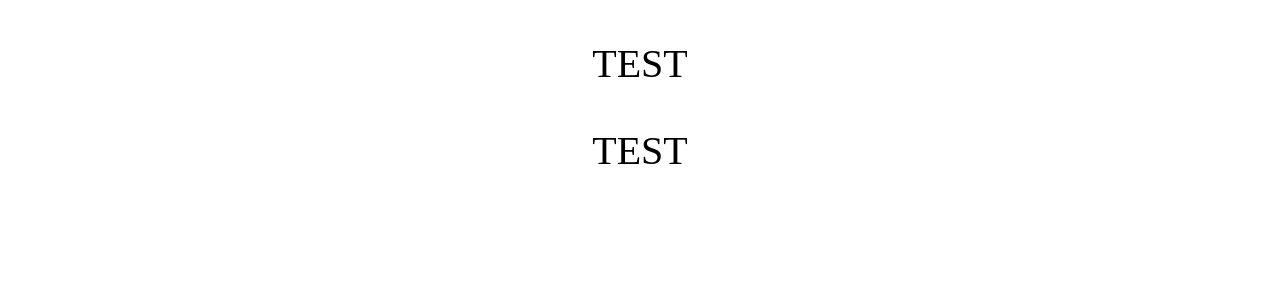
Repository: dreadlocker/testingOnPhones
Page: index.html
An editor plug-in stored every save of this project. The page is shown before and after a run of saves, followed by the edit.
The browser window is 1280 px wide. The pictures show the whole page.

Above is the page before, as saved 2018-06-04 12:51:17.

### index.html
<!DOCTYPE html>
<html lang="en">

<head>
    <meta charset="UTF-8">
    <meta name="HandheldFriendly" content="true">
    <meta http-equiv="X-UA-Compatible" content="ie=edge">
    <script src="https://ajax.googleapis.com/ajax/libs/jquery/3.3.1/jquery.min.js"></script>
    <title>Safari on iPhone X</title>

    <meta name="viewport" content="width=device-width, initial-scale=1.0, user-scalable=0">
    <!-- <meta name="viewport" content="width=device-width, initial-scale=1.0, maximum-scale=1.0, user-scalable=0" /> -->
    <!-- <meta name="viewport" content="width=640px, initial-scale=.5, maximum-scale=.5" /> -->
    <!-- <meta name="viewport" content="width=device-width, initial-scale=1.0, maximum-scale=1.0, user-scalable=no" /> -->
    <!-- <meta name="viewport" content="width=640px, initial-scale=.5, maximum-scale=.5" /> -->
    <!-- <meta name="viewport" content="width=device-width, initial-scale=1.0, maximum-scale=1"> -->
    <!-- <meta name="viewport" content="width=device-width, initial-scale=1.0, maximum-scale=1.0, user-scalable=no" /> -->
    <!-- <meta name="viewport" content="width=device-width, initial-scale=1.0, shrink-to-fit=no"> -->
    <!-- <meta name="viewport" content="user-scalable=no" /> -->
    <!-- <meta name="viewport" content="width=device-width, initial-scale=1, maximum-scale=1, user-scalable=0" /> -->
    <!-- <meta name="viewport" content="width = 320, initial-scale = 1, user-scalable = no, minimum-scale=1, maximum-scale=1">-->
    <!-- <meta name="viewport" content="user-scalable=no" /> -->
    <!-- <meta name="viewport" id="viewport" content="width=device-width,minimum-scale=1.0,maximum-scale=1.0,initial-scale=1.0" /> -->
    <!-- <meta name="viewport" id="viewport" content="width=device-width,minimum-scale=1.0,maximum-scale=10.0,initial-scale=1.0" /> -->

</head>

<body>
    <p style="text-align: center; font-size: 40px;">TEST</p>
    <p style="text-align: center; font-size: 40px;">TEST</p>

    <script>
        document.addEventListener('touchmove', function (event) {
            alert("Don't use zoom please!");
            if (event.scale !== 1) {
                event.preventDefault();
            }
        }, false);
        alert('No Zomm in');

        // document.addEventListener('gesturestart', function (event) {
        //     alert("Don't use zoom please!");
        //     event.preventDefault();
        //     alert('No Zomm in');

        //     var viewportmeta = document.querySelector('meta[name="viewport"]');
        //     viewportmeta.setAttribute(
        //         '‚content‘,’width=device-width,initial-scale=1.0,minimum-scale=1.0,maximum-scale=1.0,user-scalable=no'
        //     );

        //     if (event.scale !== 1) {
        //         alert(event.scale);
        //         alert('No Zomm in2')
        //         event.preventDefault();
        //         event.scale = 1;

        //     }
        // }, false);


        // document.addEventListener('gesturestart', function (e) { // e.preventDefault(); // });
    </script>

    <style>
    </style>
</body>

</html>

After the next 2 saves:
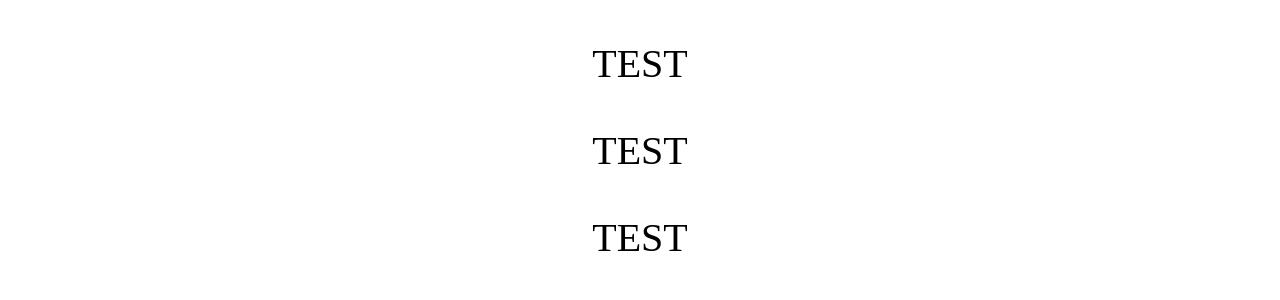
The 2 saves are shown as one change because they came seconds apart.
The last was saved 20 s later.
--- a/index.html
+++ b/index.html
@@ -28,6 +28,7 @@
 <body>
     <p style="text-align: center; font-size: 40px;">TEST</p>
     <p style="text-align: center; font-size: 40px;">TEST</p>
+    <p style="text-align: center; font-size: 40px;">TEST</p>
 
     <script>
         document.addEventListener('touchmove', function (event) {
@@ -35,8 +36,8 @@
             if (event.scale !== 1) {
                 event.preventDefault();
             }
+            alert('No Zomm in');
         }, false);
-        alert('No Zomm in');
 
         // document.addEventListener('gesturestart', function (event) {
         //     alert("Don't use zoom please!");
